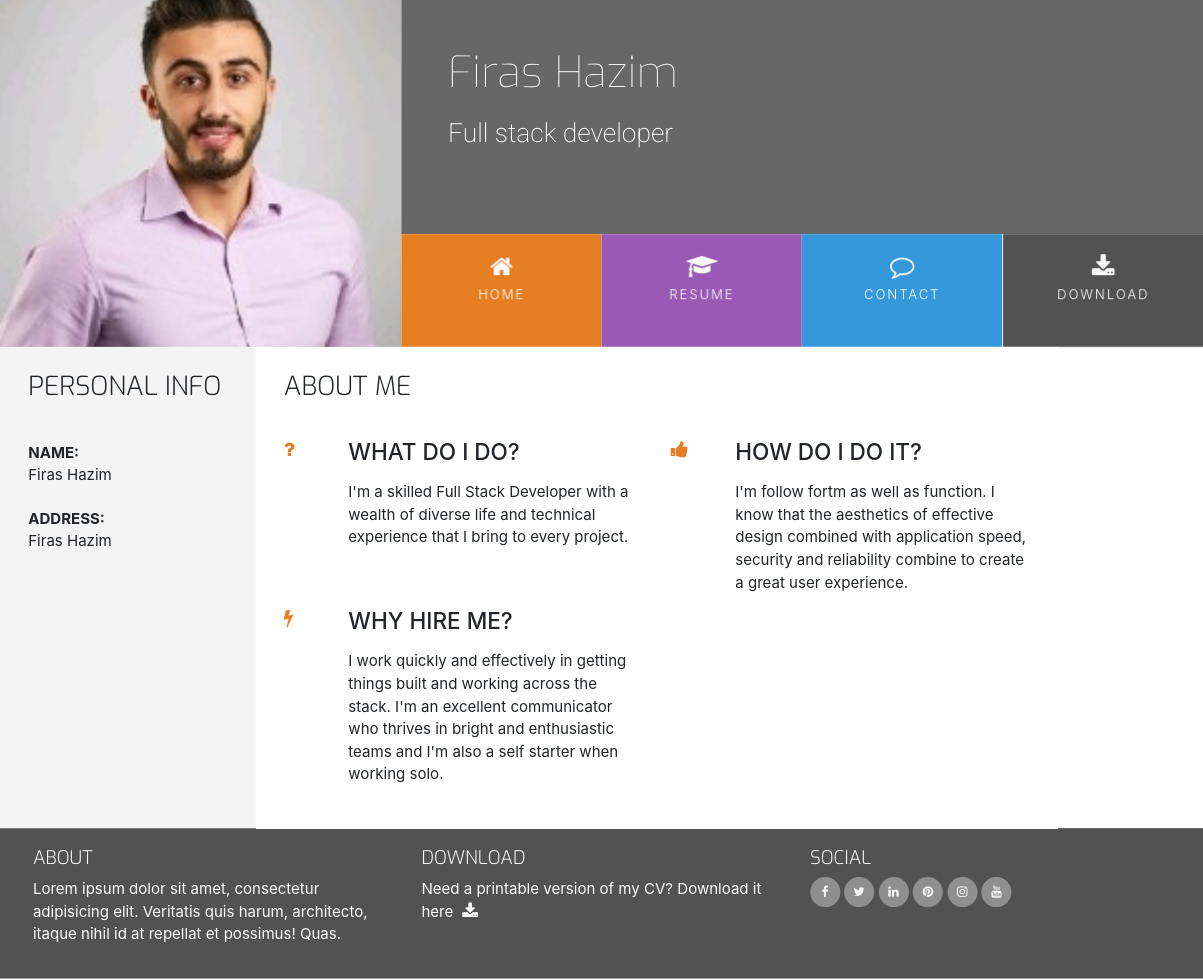
Repository: FirasH94/ResumeProject
Page: index.html
The author's editor kept a record of every edit. The page is drawn from the files as they stood at one moment, then again after the next edit.
The browser window is 1280 px wide. The pictures show the whole page, at 94% of full size.

Above is the page before.

After the next edit:
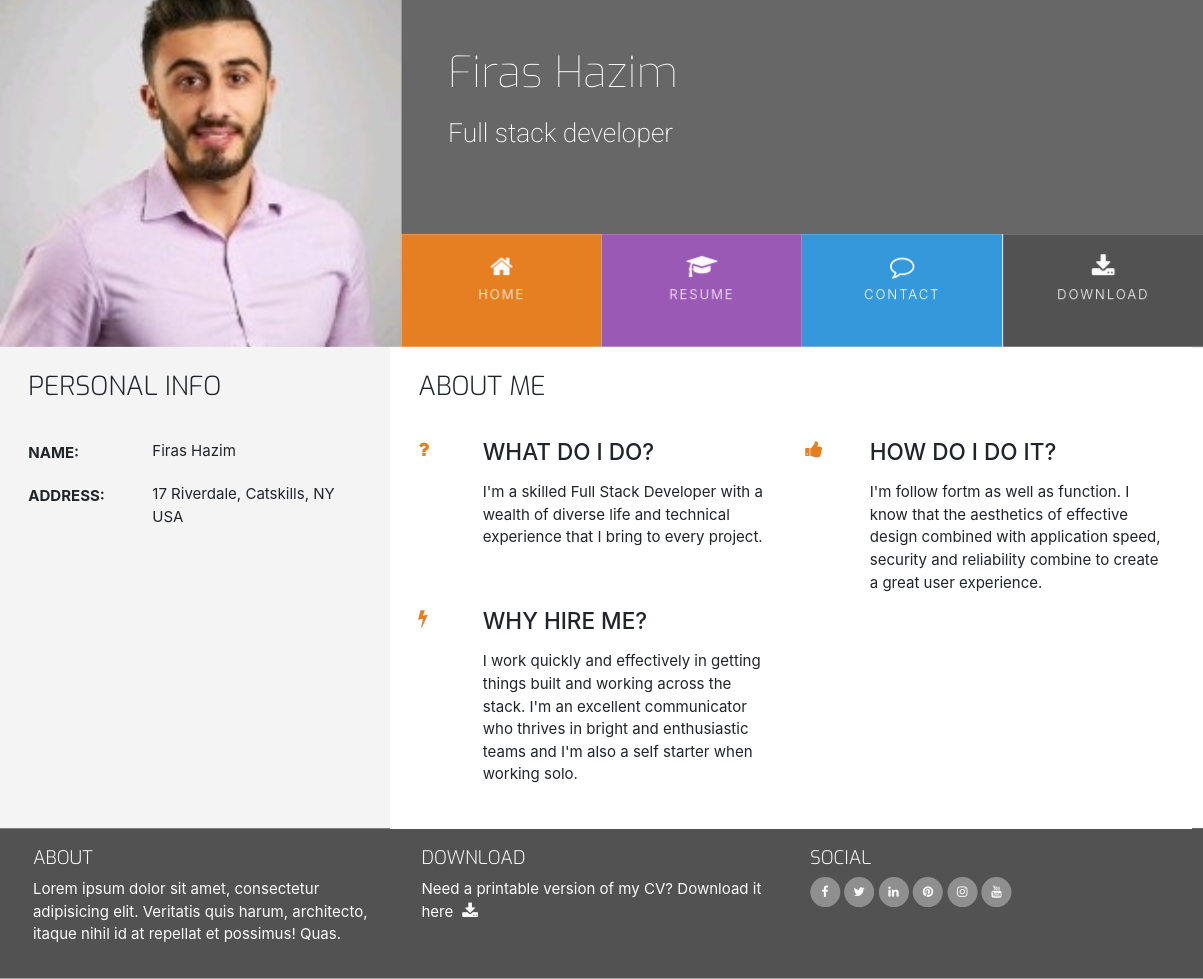
The edit:
--- a/index.html
+++ b/index.html
@@ -74,7 +74,7 @@
                     </div>
                     <div class="value">
                         <p>
-                            Firas Hazim
+                            17 Riverdale, Catskills, NY USA
                         </p>
                     </div>
                 </div>
